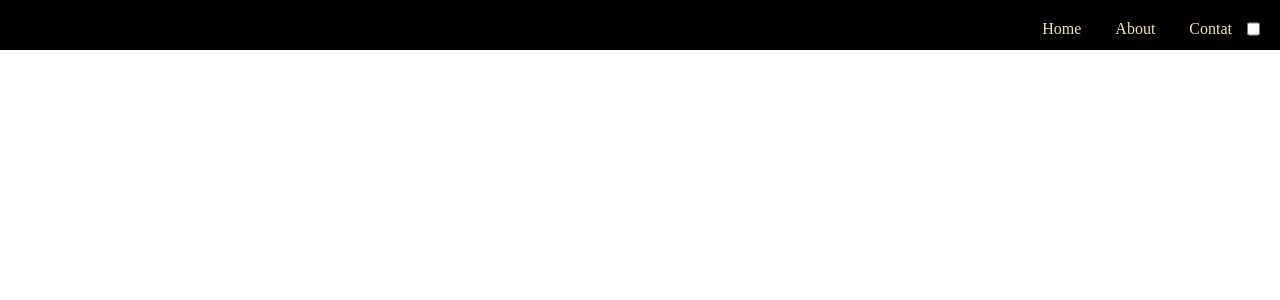
Repository: imokha01/toggleNavBar
Page: index.html
The author's editor kept a copy of each file at every save. The page is drawn from the files as they stood at one save, then again after the next save.
The browser window is 1280 px wide. The pictures show the whole page.

Above is the page before, as saved 2023-12-26 22:16:27.

### index.html
<!DOCTYPE html>
<html lang="en">
<head>
    <meta charset="UTF-8">
    <meta name="viewport" content="width=device-width, initial-scale=1.0">
    <title>Toggle Nav Bar</title>
    <link rel="stylesheet" href="style.css">
</head>
<body>
    <header class="header">
        <div class="header__content">
            <nav class="header__content__navbar">
                <li class="header__content__navbar__list">
                    <a href="#" class="header__content__navbar__link">Home</a>
                </li>
                <li class="header__content__navbar__list">
                    <a href="#" class="header__content__navbar__link">About</a>
                </li>
                <li class="header__content__navbar__list">
                    <a href="#" class="header__content__navbar__link">Contat</a>
                </li>
            </nav>
            <input type="checkbox" class="checkbox toggle-triger">
        </div>

    </header>
</body>
</html>

### style.css
*{
    margin: 0;
    padding: 0;
    box-sizing: border-box;
}

.header {
    height: 20px;
    background: #000;
    height: 50px;

}


.header__content__navbar__list {
    display: inline-block;
    list-style-type: none;
}

.header__content__navbar__link{
    color: wheat;
    text-decoration: none;
    margin: auto;
    padding: 15px

}

.header__content {
    display: flex;
    justify-content: end;
    padding: 20px
}

After the next save:
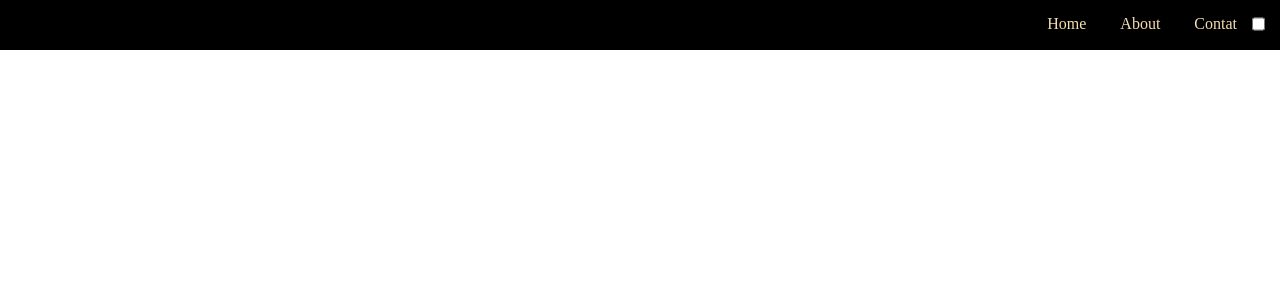
Saved 5 s later.
--- a/style.css
+++ b/style.css
@@ -28,5 +28,5 @@
 .header__content {
     display: flex;
     justify-content: end;
-    padding: 20px
+    padding: 15px
 }
